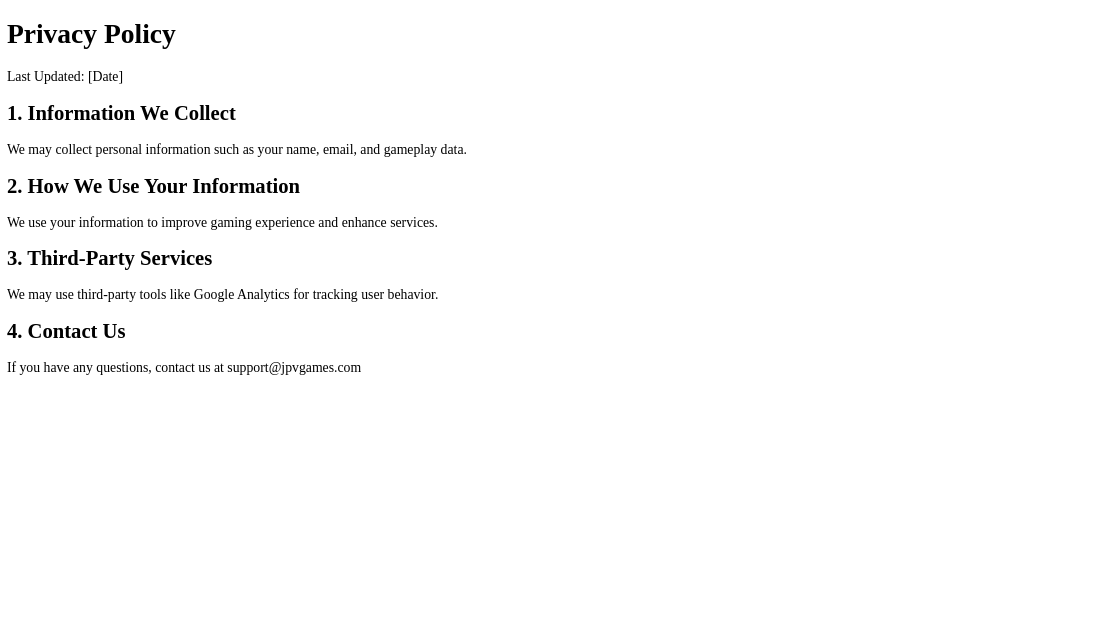
Repository: meenadabhii/jpygames.com
Page: privacy-policy.html
An editor plug-in stored every save of this project. The page is shown before and after the next save, followed by the edit.
The browser window is 1280 px wide. The pictures show the whole page, at 86% of full size.

Above is the page before, as saved 2025-02-07 16:00:19.

### privacy-policy.html
<!DOCTYPE html>
<html lang="en">
<head>
    <meta charset="UTF-8">
    <meta name="viewport" content="width=device-width, initial-scale=1.0">
    <title>Privacy Policy - JPV Games</title>
</head>
<body>
    <h1>Privacy Policy</h1>
    <p>Last Updated: [Date]</p>

    <h2>1. Information We Collect</h2>
    <p>We may collect personal information such as your name, email, and gameplay data.</p>

    <h2>2. How We Use Your Information</h2>
    <p>We use your information to improve gaming experience and enhance services.</p>

    <h2>3. Third-Party Services</h2>
    <p>We may use third-party tools like Google Analytics for tracking user behavior.</p>

    <h2>4. Contact Us</h2>
    <p>If you have any questions, contact us at support@jpvgames.com</p>
</body>
</html>

After the next save:
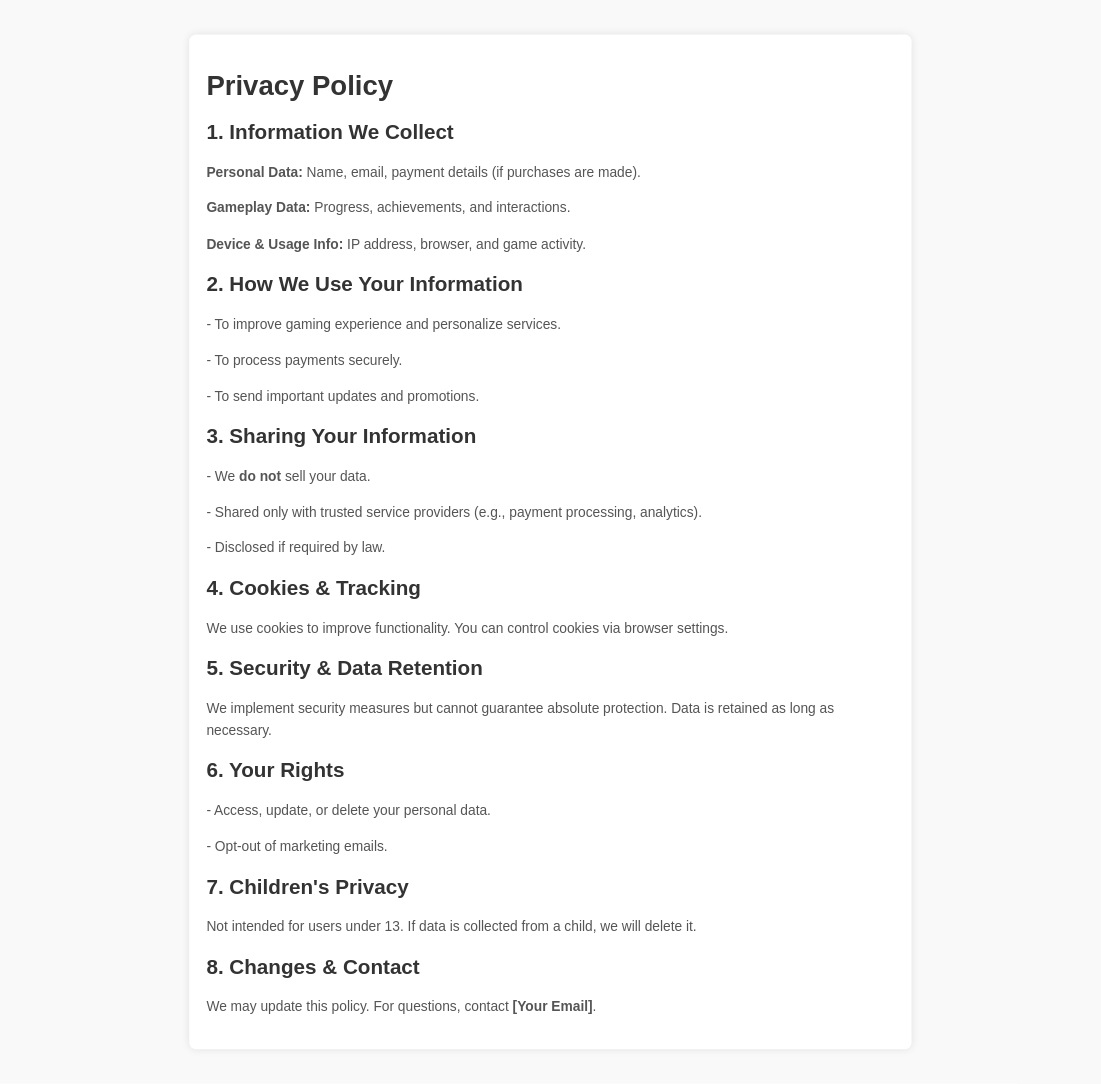
Saved 2 min 12 s later.
--- a/privacy-policy.html
+++ b/privacy-policy.html
@@ -4,21 +4,64 @@
     <meta charset="UTF-8">
     <meta name="viewport" content="width=device-width, initial-scale=1.0">
     <title>Privacy Policy - JPV Games</title>
+    <style>
+        body {
+            font-family: Arial, sans-serif;
+            margin: 20px;
+            padding: 20px;
+            background-color: #f9f9f9;
+        }
+        .container {
+            max-width: 800px;
+            margin: auto;
+            background: #fff;
+            padding: 20px;
+            border-radius: 8px;
+            box-shadow: 0 0 10px rgba(0, 0, 0, 0.1);
+        }
+        h1, h2 {
+            color: #333;
+        }
+        p {
+            color: #555;
+            line-height: 1.6;
+        }
+    </style>
 </head>
 <body>
-    <h1>Privacy Policy</h1>
-    <p>Last Updated: [Date]</p>
+    <div class="container">
+        <h1>Privacy Policy</h1>
 
-    <h2>1. Information We Collect</h2>
-    <p>We may collect personal information such as your name, email, and gameplay data.</p>
+        <h2>1. Information We Collect</h2>
+        <p><strong>Personal Data:</strong> Name, email, payment details (if purchases are made).</p>
+        <p><strong>Gameplay Data:</strong> Progress, achievements, and interactions.</p>
+        <p><strong>Device & Usage Info:</strong> IP address, browser, and game activity.</p>
 
-    <h2>2. How We Use Your Information</h2>
-    <p>We use your information to improve gaming experience and enhance services.</p>
+        <h2>2. How We Use Your Information</h2>
+        <p>- To improve gaming experience and personalize services.</p>
+        <p>- To process payments securely.</p>
+        <p>- To send important updates and promotions.</p>
 
-    <h2>3. Third-Party Services</h2>
-    <p>We may use third-party tools like Google Analytics for tracking user behavior.</p>
+        <h2>3. Sharing Your Information</h2>
+        <p>- We <strong>do not</strong> sell your data.</p>
+        <p>- Shared only with trusted service providers (e.g., payment processing, analytics).</p>
+        <p>- Disclosed if required by law.</p>
 
-    <h2>4. Contact Us</h2>
-    <p>If you have any questions, contact us at support@jpvgames.com</p>
+        <h2>4. Cookies & Tracking</h2>
+        <p>We use cookies to improve functionality. You can control cookies via browser settings.</p>
+
+        <h2>5. Security & Data Retention</h2>
+        <p>We implement security measures but cannot guarantee absolute protection. Data is retained as long as necessary.</p>
+
+        <h2>6. Your Rights</h2>
+        <p>- Access, update, or delete your personal data.</p>
+        <p>- Opt-out of marketing emails.</p>
+
+        <h2>7. Children's Privacy</h2>
+        <p>Not intended for users under 13. If data is collected from a child, we will delete it.</p>
+
+        <h2>8. Changes & Contact</h2>
+        <p>We may update this policy. For questions, contact <strong>[Your Email]</strong>.</p>
+    </div>
 </body>
 </html>
